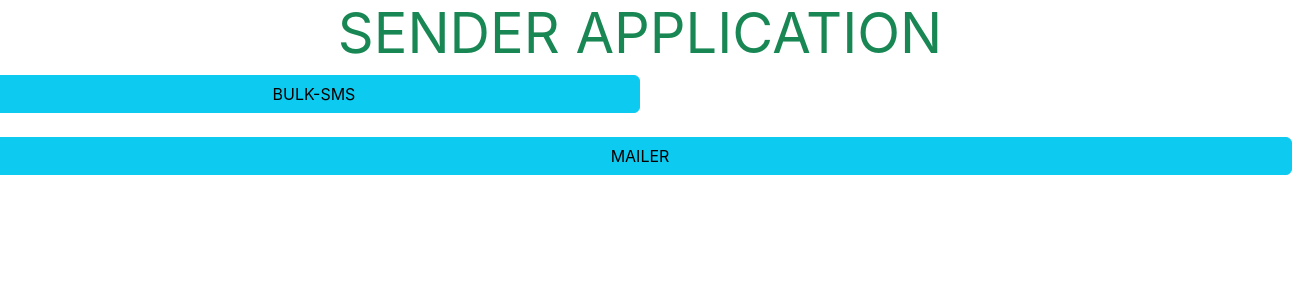
Repository: oluwaseyi9325/react-redux
Page: /mailer
These files come from the project's save history. The page is drawn as it stood at one moment and after the next save; the edit follows.
The browser window is 1280 px wide. The page is 1292 px wide, then 1280 px, so the pictures cover 1292 px, including what lies to the right of the window. The pictures show the whole page.
The project was rebuilt for these pictures with package versions that can differ from the ones it lists, and the page was loaded fresh each time. Also part of the build but not shown: src/Pages/Index.tsx, src/Pages/NotFond.tsx.

Above is the page before, as saved 2023-04-18 17:16:48.

### public/index.html
<!DOCTYPE html>
<html lang="en">

<head>
  <meta charset="utf-8" />
  <link rel="icon" href="%PUBLIC_URL%/favicon.ico" />
  <meta name="viewport" content="width=device-width, initial-scale=1" />
  <meta name="theme-color" content="#000000" />
  <meta name="description" content="Web site created using create-react-app" />
  <link rel="apple-touch-icon" href="%PUBLIC_URL%/logo192.png" />
  <link rel="manifest" href="%PUBLIC_URL%/manifest.json" />
  <link href="https://cdn.jsdelivr.net/npm/bootstrap@5.2.3/dist/css/bootstrap.min.css" rel="stylesheet" integrity="sha384-rbsA2VBKQhggwzxH7pPCaAqO46MgnOM80zW1RWuH61DGLwZJEdK2Kadq2F9CUG65" crossorigin="anonymous">
  <script src="https://cdn.jsdelivr.net/npm/bootstrap@5.2.3/dist/js/bootstrap.bundle.min.js" integrity="sha384-kenU1KFdBIe4zVF0s0G1M5b4hcpxyD9F7jL+jjXkk+Q2h455rYXK/7HAuoJl+0I4" crossorigin="anonymous"></script>
  <link rel="stylesheet" href="https://cdn.jsdelivr.net/npm/bootstrap-icons@1.10.3/font/bootstrap-icons.css">
  <title>SMS SENDER</title>
</head>

<body>
  <noscript>You need to enable JavaScript to run this app.</noscript>
  <div id="root"></div>
</body>

</html>

### src/index.tsx
import React from 'react';
import ReactDOM from 'react-dom/client';
import './index.css';
import App from './App';
import reportWebVitals from './reportWebVitals';
import { BrowserRouter } from 'react-router-dom';

const root = ReactDOM.createRoot(
  document.getElementById('root') as HTMLElement
);
root.render(
  <React.StrictMode>
    <BrowserRouter>
    <App />

    </BrowserRouter>
  </React.StrictMode>
);

// If you want to start measuring performance in your app, pass a function
// to log results (for example: reportWebVitals(console.log))
// or send to an analytics endpoint. Learn more: https://bit.ly/CRA-vitals
reportWebVitals();

### src/App.tsx
import React from 'react'
import { Route, Router, Routes } from 'react-router-dom'
import Index from './Pages/Index'
import Mailer from './Pages/Mailer'
import NotFond from './Pages/NotFond'

const App = () => {

  return (
    <>
    <Routes>
      <Route path='/' element={<Index/>} />
      <Route path='/mailer' element={<Mailer/>} />
      <Route path='*' element={<NotFond/>}/>
    </Routes>
    </>
  )
}

export default App

### src/Pages/Mailer.tsx
import React from 'react'
import NavBar from '../Components/NavBar'

const Mailer = () => {
  return (
    <div>
      <NavBar/>
    </div>
  )
}

export default Mailer

### src/Components/NavBar.tsx
import React from 'react'

const NavBar = () => {
  return (
    <>

      <div className='text-center'>
        <h4 className='text-success display-4'><b>SENDER APPLICATION</b></h4>
        <div className='gap-4 row'>
            <button className='btn btn-info col-6'>BULK-SMS</button>
            <button className='btn btn-info'>MAILER</button>
        </div>
      </div>

    </>
  )
}

export default NavBar

Loaded but not shown: src/index.css (common file); src/reportWebVitals.ts (common file)

After the next save:
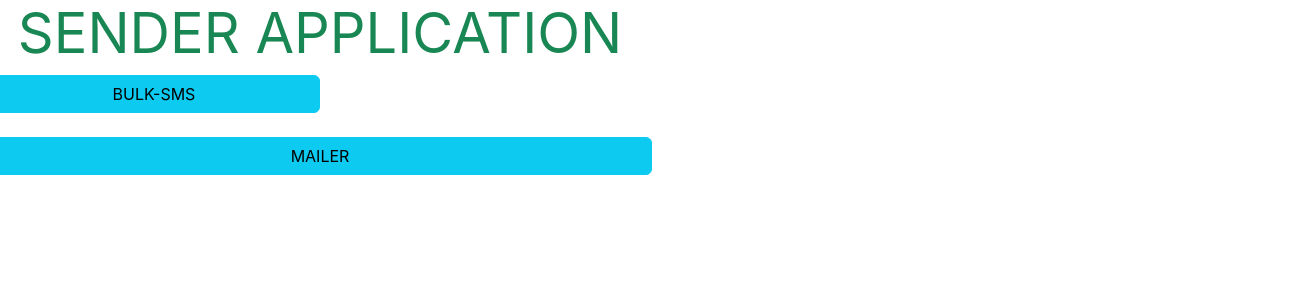
Saved 9 s later.
--- a/src/Components/NavBar.tsx
+++ b/src/Components/NavBar.tsx
@@ -4,7 +4,7 @@ const NavBar = () => {
   return (
     <>
 
-      <div className='text-center'>
+      <div className='text-center col-6'>
         <h4 className='text-success display-4'><b>SENDER APPLICATION</b></h4>
         <div className='gap-4 row'>
             <button className='btn btn-info col-6'>BULK-SMS</button>
